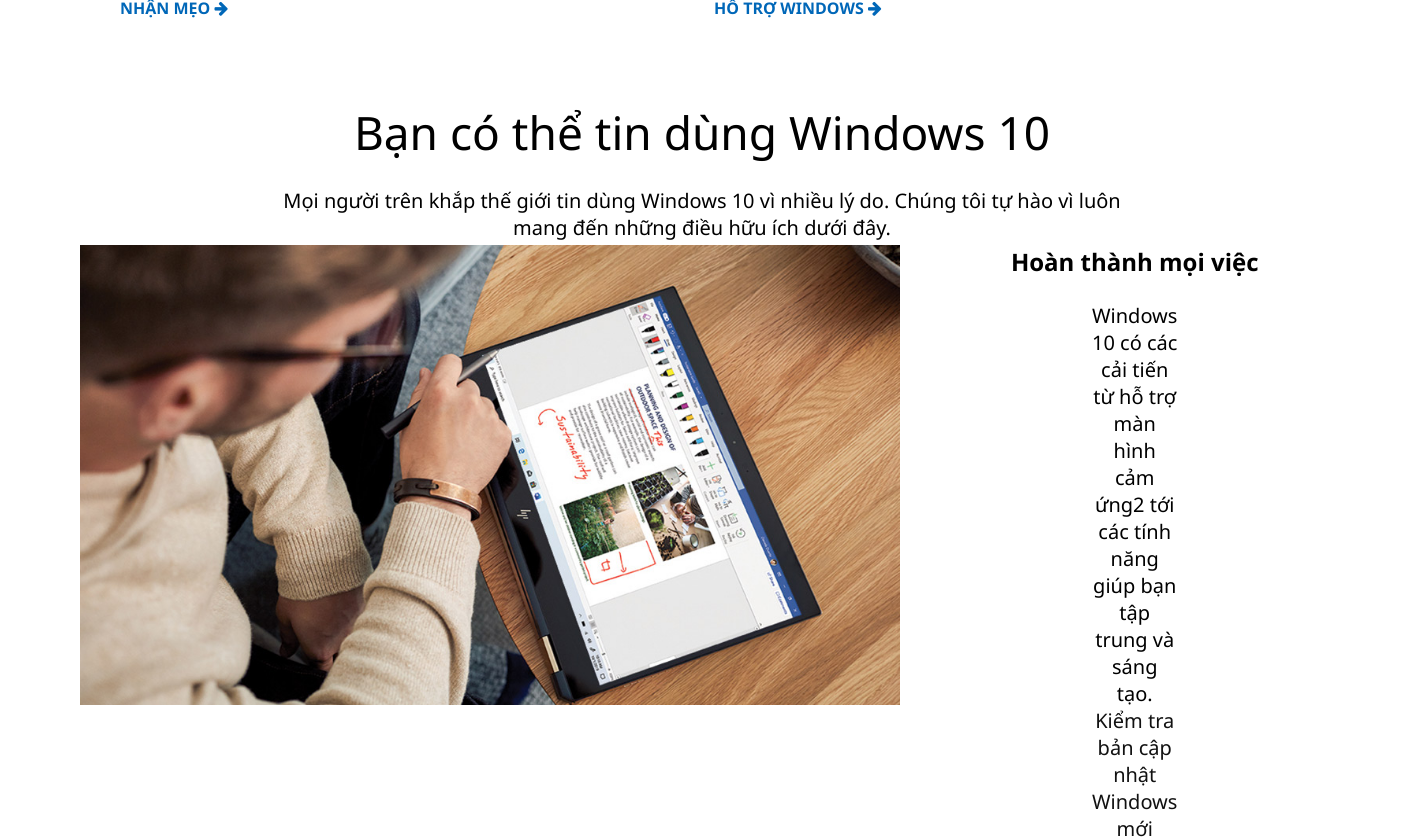
Repository: hoangphuong965/clone-Microsoft---practice
Page: index.html
The author's editor kept a copy of each file at every save. The page is drawn from the files as they stood at one save, then again after a run of saves.
The browser window is 1280 px wide. The page is 1404 px wide, so the pictures cover 1404 px, including what lies to the right of the window. The pictures show the part of the page from y = 1365 to 2205 px (the page is 2238 px tall before and 2075 px after).

Above is the page before, as saved 2020-06-10 21:02:00.

After the next 3 saves:
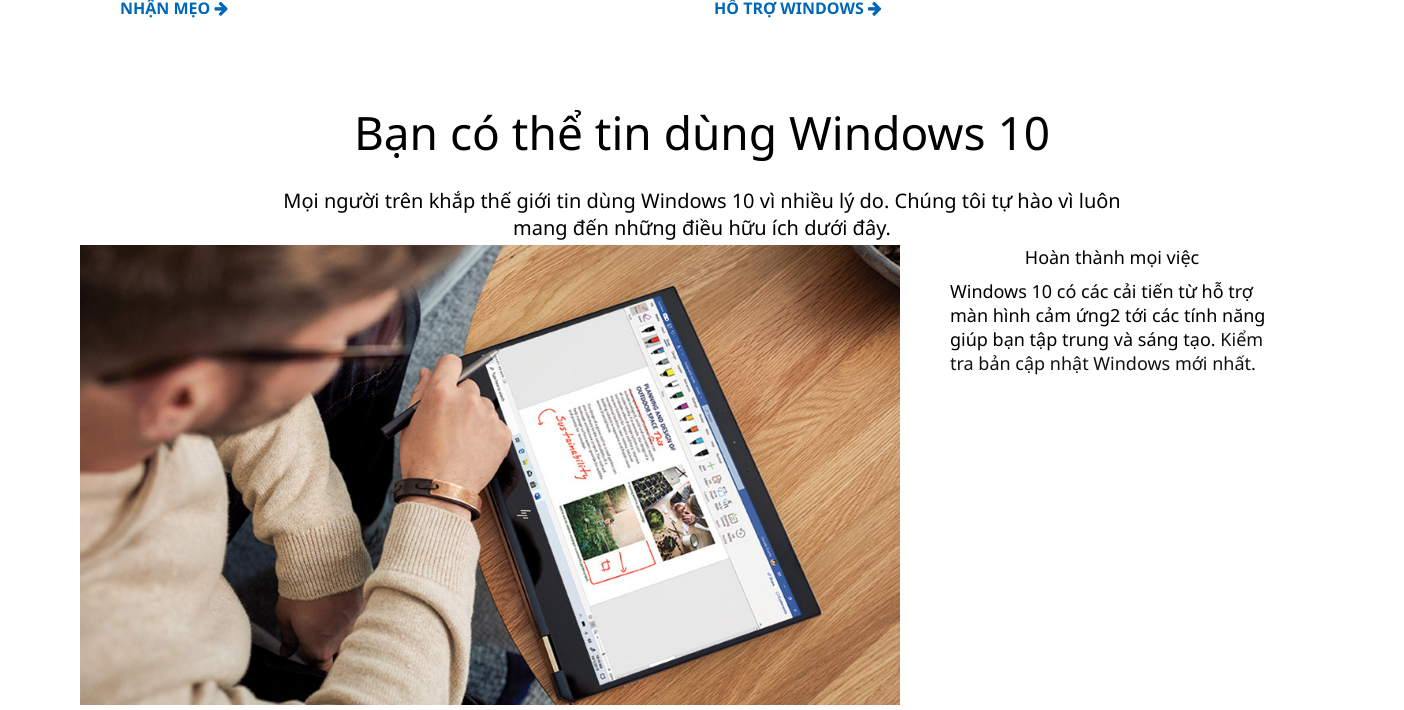
The 3 saves are shown as one change because they came seconds apart.
The last was saved 11 s later.
--- a/style.css
+++ b/style.css
@@ -156,7 +156,11 @@
 .feature-text-right {
   position: relative;
 }
-.feature-text-right
+.feature-text-right h2 {
+  font-size: 18px;
+  line-height: 24px;
+  font-weight: 200;
+}
 .feature-text-right p {
   padding: 10px 50px;
   text-align: left;
